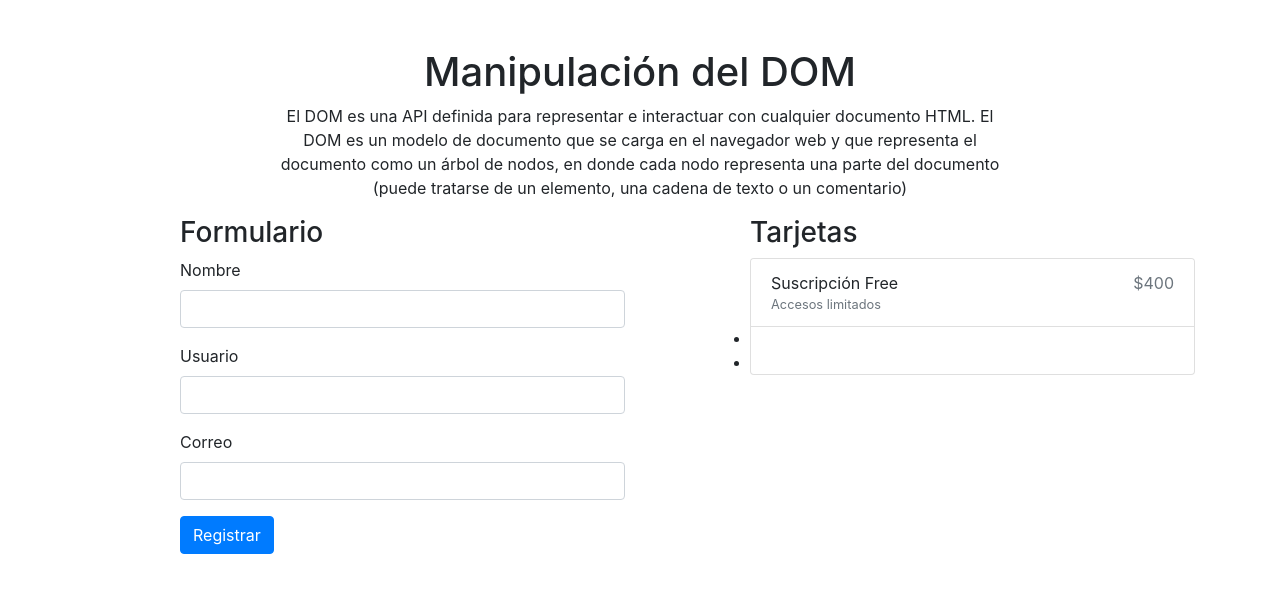
Repository: pedro-donoso/manipulacion-dom
Page: index.html
The author's editor kept a copy of each file at every save. The page is drawn from the files as they stood at one save, then again after a run of saves.
The browser window is 1280 px wide. The pictures show the whole page.

Above is the page before, as saved 2024-02-05 21:29:12.

### index.html
<!doctype html>
<html lang="es">

<head>
    <!-- Required meta tags -->
    <meta charset="utf-8">
    <meta name="viewport" content="width=device-width, initial-scale=1, shrink-to-fit=no">

    <!-- Bootstrap CSS -->
    <link rel="stylesheet" href="https://cdn.jsdelivr.net/npm/bootstrap@4.3.1/dist/css/bootstrap.min.css"
        integrity="sha384-ggOyR0iXCbMQv3Xipma34MD+dH/1fQ784/j6cY/iJTQUOhcWr7x9JvoRxT2MZw1T" crossorigin="anonymous">

    <title>Manipulación del DOM</title>
</head>

<body>

    <main class="container">
        <div class="row mt-5 text-center">
            <div class="col-12 col-md-8 offset-md-2">
                <h1>Manipulación del DOM</h1>
                <p>
                    El DOM es una API definida para representar e interactuar con cualquier documento HTML. El DOM es un modelo de documento que se carga en el navegador web y que representa el documento como un árbol de nodos, en donde cada nodo representa una parte del documento (puede tratarse de un elemento, una cadena de texto o un comentario)
                </p>
            </div>
        </div>
        <div class="row">
            <div class="col-12 col-md-5 offset-md-1">
                <h3>Formulario</h3>
                <form>
                    <label>Nombre</label>
                    <input type="text" class="form-control mb-3">
                    <label>Usuario</label>
                    <input type="text" class="form-control mb-3">
                    <label>Correo</label>
                    <input type="email" class="form-control mb-3">
                    <div>
                        <button class="btn btn-primary mb-3">Registrar</button>
                    </div>
                </form>
            </div>
            <div class="col-12 col-md-5 offset-md-1">
                <h3>Tarjetas</h3>
                <div class="card">
                    <ul class="list-group list-group-flush">
                        <li class="list-group-item d-flex justify-content-between">
                            <div class="d-flex flex-column">
                                <span>Suscripción Free</span>
                                <small class="text-muted">Accesos limitados</small>
                            </div>
                            <div>
                                <span class="text-muted">$400</span>
                            </div>
                        </li>
                        <li class="list-">
                            <div>
                                <span></span>
                                <small></small>
                            </div>
                        </li>
                        <li>
                            <div>
                                <span></span>
                                <small></small>
                            </div>
                        </li>
                    </ul>
                </div>
            </div>
        </div>
    </main>

    <!-- Optional JavaScript -->
    <!-- jQuery first, then Popper.js, then Bootstrap JS -->
    <script src="https://code.jquery.com/jquery-3.3.1.slim.min.js"
        integrity="sha384-q8i/X+965DzO0rT7abK41JStQIAqVgRVzpbzo5smXKp4YfRvH+8abtTE1Pi6jizo"
        crossorigin="anonymous"></script>
    <script src="https://cdn.jsdelivr.net/npm/popper.js@1.14.7/dist/umd/popper.min.js"
        integrity="sha384-UO2eT0CpHqdSJQ6hJty5KVphtPhzWj9WO1clHTMGa3JDZwrnQq4sF86dIHNDz0W1"
        crossorigin="anonymous"></script>
    <script src="https://cdn.jsdelivr.net/npm/bootstrap@4.3.1/dist/js/bootstrap.min.js"
        integrity="sha384-JjSmVgyd0p3pXB1rRibZUAYoIIy6OrQ6VrjIEaFf/nJGzIxFDsf4x0xIM+B07jRM"
        crossorigin="anonymous"></script>

        <script src="./app.js"></script>
</body>

</html>

Loaded but not shown: app.js (no copy from this time; the picture is the same without it)

After the next 3 saves:
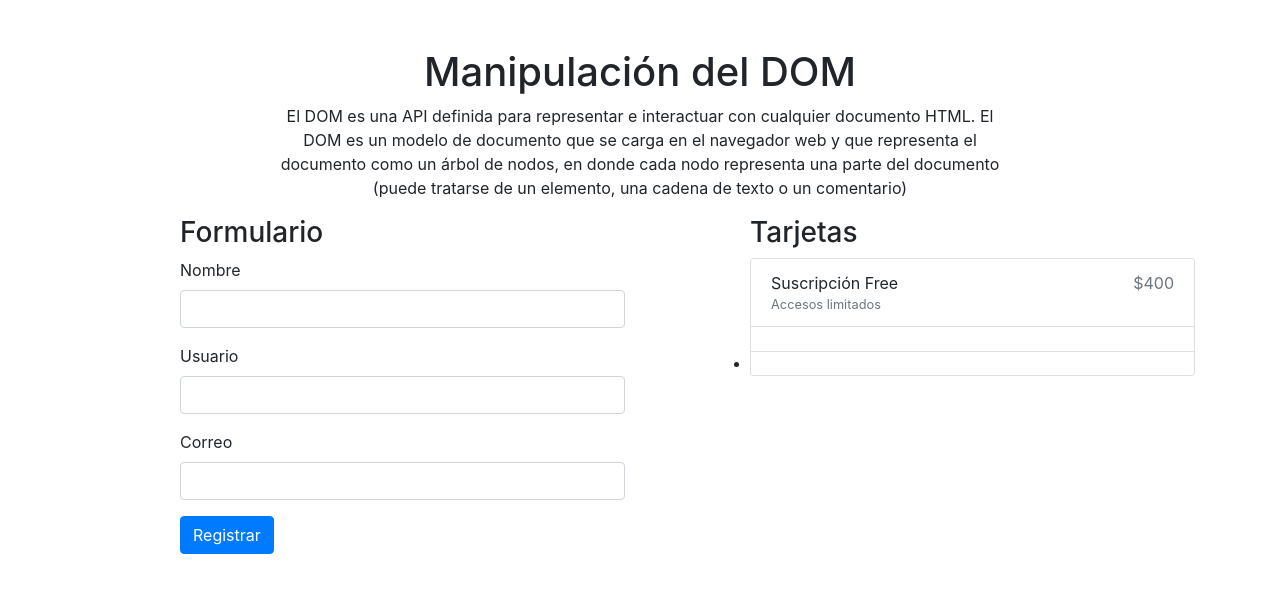
The 3 saves are shown as one change because they came seconds apart.
The last was saved 9 s later.
--- a/index.html
+++ b/index.html
@@ -52,7 +52,7 @@
                                 <span class="text-muted">$400</span>
                             </div>
                         </li>
-                        <li class="list-">
+                        <li class="list-group-item">
                             <div>
                                 <span></span>
                                 <small></small>
